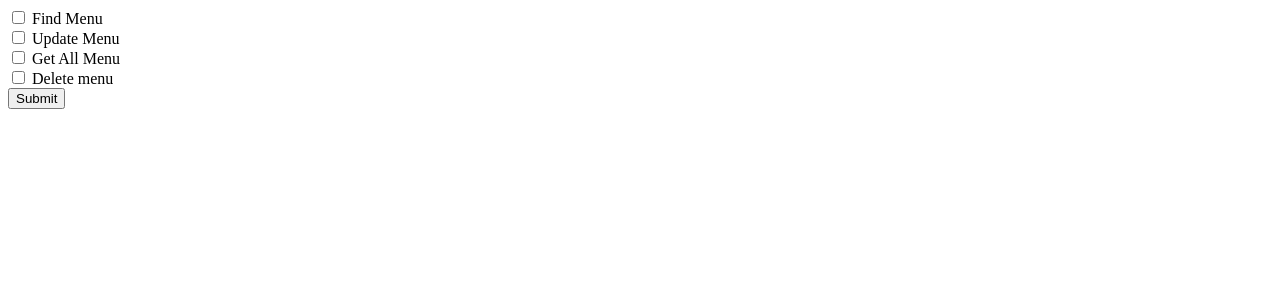
Repository: Jeevith-U/Advance-Java
Page: http://localhost/Food_App/menu.jsp
An editor plug-in stored every save of this project. The page is shown before and after the next save, followed by the edit.
The browser window is 1280 px wide. The pictures show the whole page.
The page is served by Tomcat 9.

Above is the page before, as saved 2023-08-25 05:07:56.

After the next save:
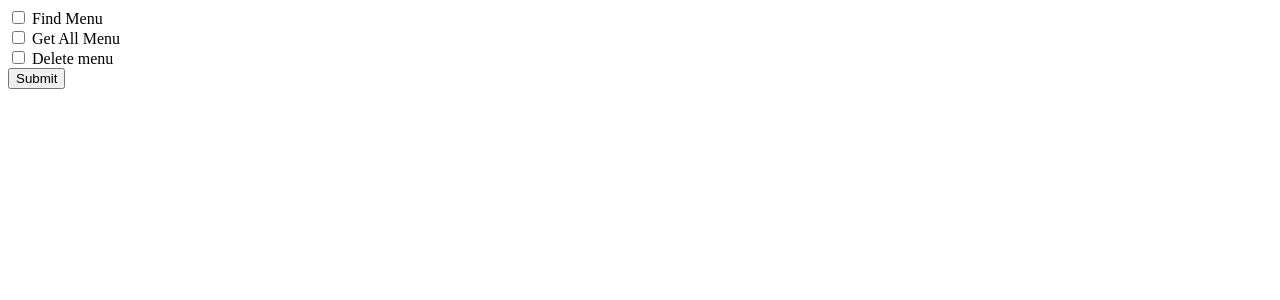
Saved 8 min 24 s later.
--- a/Projects/Food_App/src/main/webapp/menu.jsp
+++ b/Projects/Food_App/src/main/webapp/menu.jsp
@@ -23,10 +23,6 @@
             Find Menu
         </label><br>
         <label>
-            <input type="checkbox" name="option" value="update">
-            Update Menu
-        </label><br>
-        <label>
             <input type="checkbox" name="option" value="details">
             Get All Menu
         </label><br>
